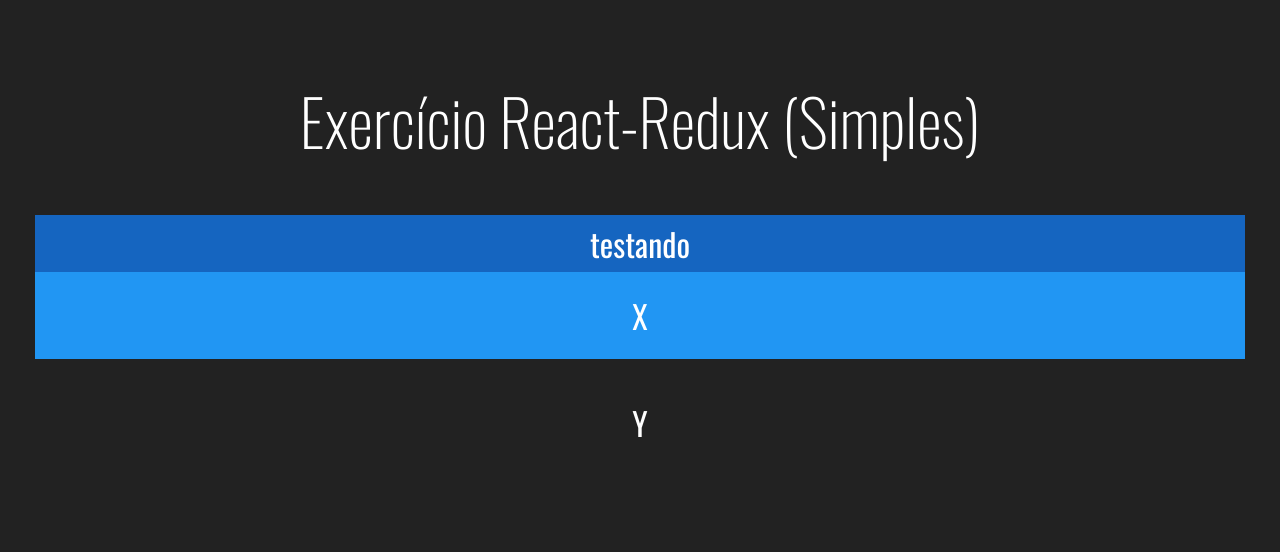
Repository: WellysonP/testando-react-redux
Page: /
The author's editor kept a copy of each file at every save. The page is drawn from the files as they stood at one save, then again after the next save.
The browser window is 1280 px wide. The pictures show the whole page.
The project was rebuilt for these pictures with package versions that can differ from the ones it lists, and the page was loaded fresh each time.

Above is the page before, as saved 2023-01-12 17:44:30.

After the next save:
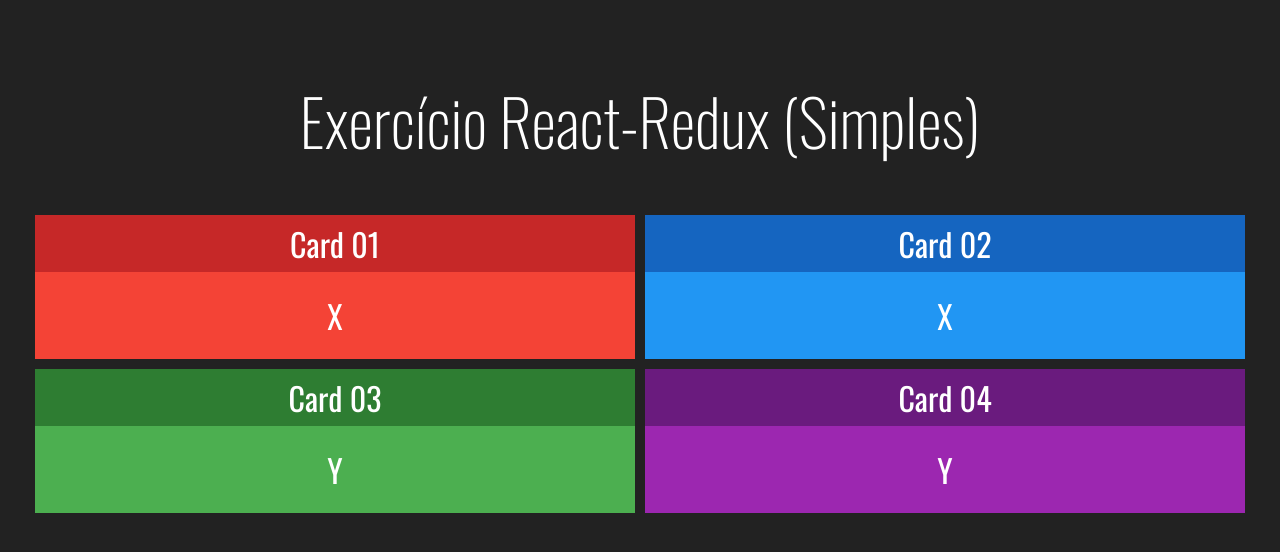
Saved 70 s later.
--- a/src/App.js
+++ b/src/App.js
@@ -7,14 +7,12 @@ function App() {
     <div className="App">
       <h1>Exercício React-Redux (Simples)</h1>
       <div className='linha'>
-      <Card title="testando" blue>
-        X
-        </Card>
+      <Card title="Card 01" red>X</Card>
+      <Card title="Card 02" blue>X</Card>
       </div>
       <div className='linha'>
-      <Card>
-        Y
-        </Card>
+      <Card title="Card 03" green>Y</Card>
+      <Card title="Card 04" purple>Y</Card>
       </div>
     </div>
   );
